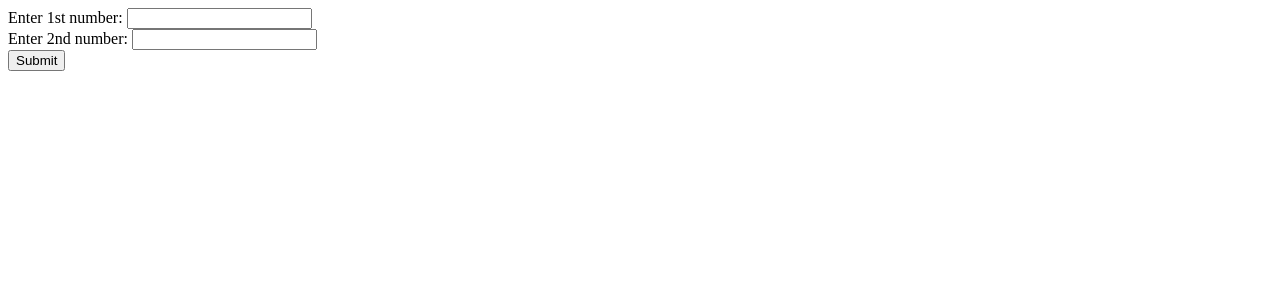
Repository: menabaddo/JSP-SERVLET-simplified
Page: DemoApp/src/main/webapp/index.html
An editor plug-in stored every save of this project. The page is shown before and after the next save, followed by the edit.
The browser window is 1280 px wide. The pictures show the whole page.

Above is the page before, as saved 2022-09-15 12:35:44.

After the next save:
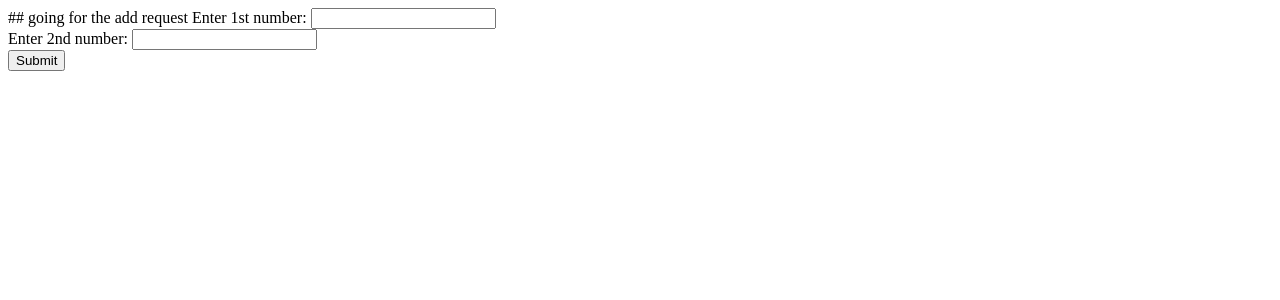
Saved 22 s later.
--- a/DemoApp/src/main/webapp/index.html
+++ b/DemoApp/src/main/webapp/index.html
@@ -1,7 +1,7 @@
 <!DOCTYPE html>
 <html>
 <body>
-	<form action="add">
+	<form action="add"> ## going for the add request
 
 	Enter 1st number: <input type="text" name="num1"><br>
 	Enter 2nd number: <input type="text" name="num2"><br>
